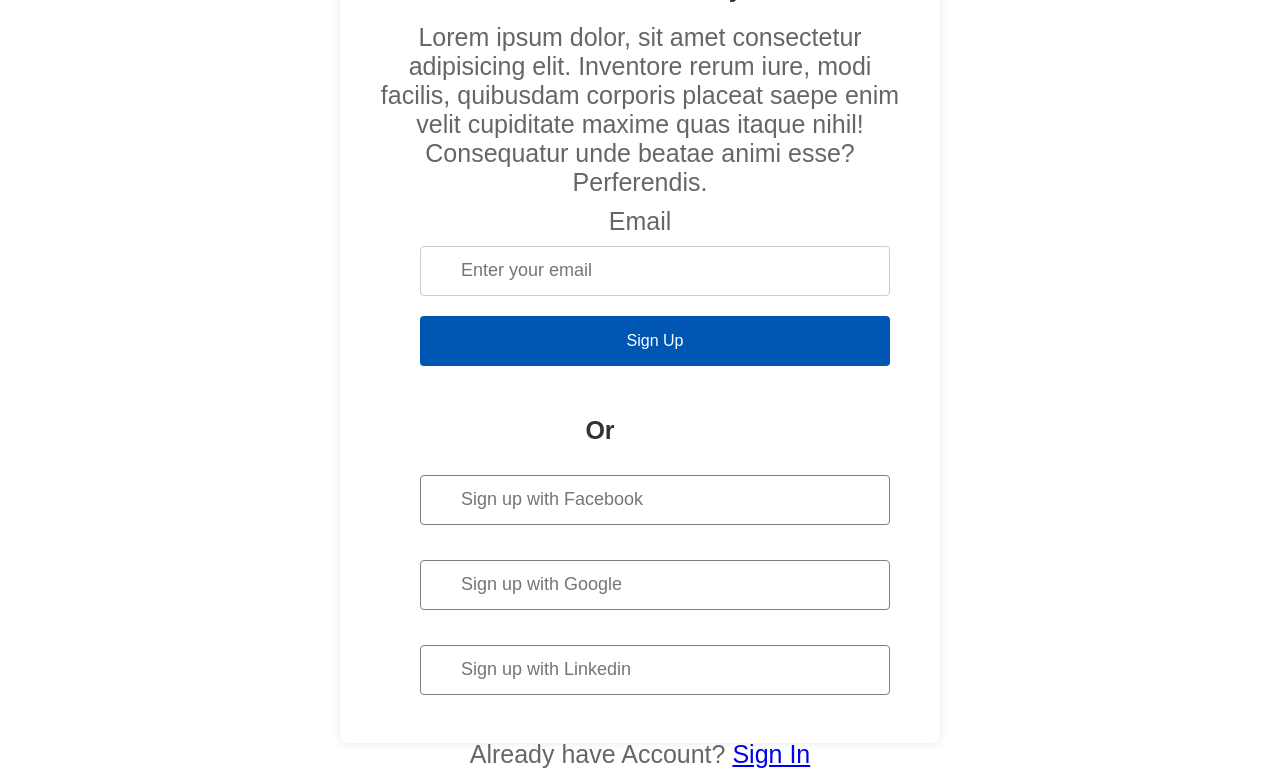
Repository: Femi007-gh/LOGIN-INTERFACE
Page: index.html
The author's editor kept a copy of each file at every save. The page is drawn from the files as they stood at one save, then again after the next save.
The browser window is 1280 px wide. The pictures show the whole page.

Above is the page before, as saved 2025-01-21 13:53:33.

### index.html
<html>
  <head>
    <title></title>
    <link rel="stylesheet" href="style.css">
  </head>
  <body>
    <div class="container">
      <div class="left-session">
        <div class="form-container">
          <h1>Get Started Today!</h1>
          <p>Lorem ipsum dolor, sit amet consectetur adipisicing elit. Inventore rerum iure, modi facilis, quibusdam corporis placeat saepe enim velit cupiditate maxime quas itaque nihil! Consequatur unde beatae animi esse? Perferendis.</p>
          <form>
            <div class="inter-group">
              <p>Email</p>
              <input placeholder="Enter your email" class="email">
            </div>
           <button class="primary-btn" type="submit">
              Sign Up
            </button>
            </form>
            <p class="divider">Or</p>
            <div class="social-buttons">
              <input placeholder="Sign up with Facebook" class="sign">
              <input placeholder="Sign up with Google" class="sign">
              <input placeholder="Sign up with Linkedin" class="sign">
              <p class="pet">Already have Account? <a href="#">Sign In</a>

      </div>
      <div class="right-section"></div>
    </div>
  </body>
</html>

### style.css
body {
  font-family: Arial, sans-serif;
  display: flex;
  justify-content: center;
  align-items: center;
  height: 100vh;
}

.container {
  display: flex;
  width: 600px;
  height: 750px;
  background-color: white;
  border-radius: 8px;
  box-shadow: 0 0 10px rgba(0, 0, 0, 0.1);
}

.left-session {
  flex: 1;
  padding: 40px;
  display: flex;
  flex-direction: column;
  justify-content: center;
}

.form-container {
  text-align: center;
}

h1 {
  font-size: 28px;
  margin-bottom: 20px;
  color: #333;
}

p {
  margin: 10px 0;
  color: #666;
}



.input-wrapper {
  position: relative;
}

 .email {
  width: 470px;
  height: 50px;
  border: 1px solid #ccc;
  border-radius: 4px;
  margin-bottom: 20px;
  padding-left: 40px;
  font-size: 18px;
  margin-left: 30px;
}


.primary-btn {
  background-color: #0056b3;
  color: white;
  border: none;
  padding: 12px 20px;
  border-radius: 4px;
  cursor: pointer;
  font-size: 16px;
  width: 470px;
  display: flex;
  align-items: center;
  justify-content: center;
  transition: background-color 0.3s ease;
  margin-bottom: 50px;
  margin-left: 40px;
  height: 50px;
}

.primary-btn:hover {
  background-color: #004494;
}

.divider {
  text-align: center;
  font-weight: bold;
  margin: 20px 0;
  color: #333;
  margin-bottom: 30px;
  margin-right: 80px;
}
 .sign {
  width: 470px;
  height: 50px;
  border: 1px solid grey;
  border-radius: 4px;
  margin-bottom: 20px;
  padding-left: 40px;
  font-size: 18px;
  margin-left: 40px;
}

.social-buttons {
  display: flex;
  flex-direction: column;
  gap: 15px;
}

.social-buttons .input-wrapper {
  background-color: transparent;
}

.center-text {
  text-align: center;
  margin-top: 20px;
  color: #333;
}

.center-text a {
  color: #0056b3;
  text-decoration: none;
  font-weight: bold;
}

.center-text a:hover {
  text-decoration: underline;
}

.pet, p, h1 {
  font-size: 25px;
}

After the next save:
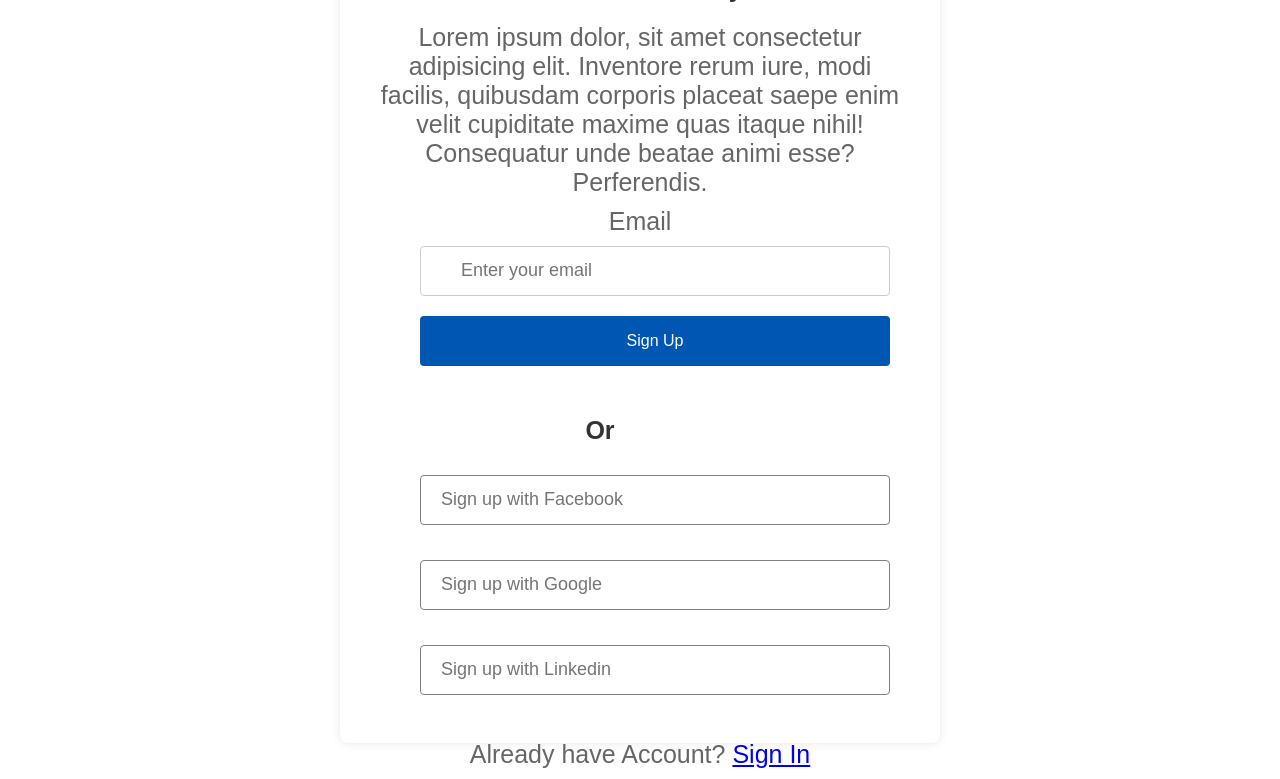
Saved 8 s later.
--- a/style.css
+++ b/style.css
@@ -92,7 +92,7 @@ p {
   border: 1px solid grey;
   border-radius: 4px;
   margin-bottom: 20px;
-  padding-left: 40px;
+  padding-left: 20px;
   font-size: 18px;
   margin-left: 40px;
 }
